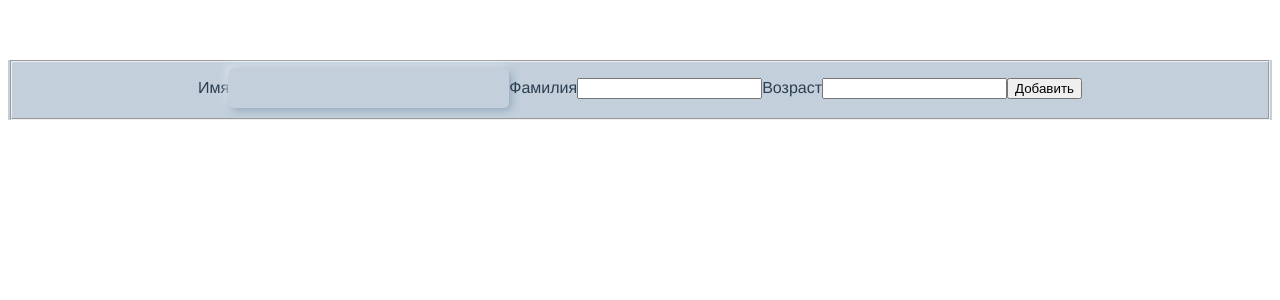
Repository: shum89/test-vue-table
Page: /
An editor plug-in stored every save of this project. The page is shown before and after the next save, followed by the edit.
The browser window is 1280 px wide. The pictures show the whole page.
The project was rebuilt for these pictures with package versions that can differ from the ones it lists, and the page was loaded fresh each time. Also part of the build but not shown: vue.config.js.

Above is the page before, as saved 2021-07-18 14:16:04.

After the next save:
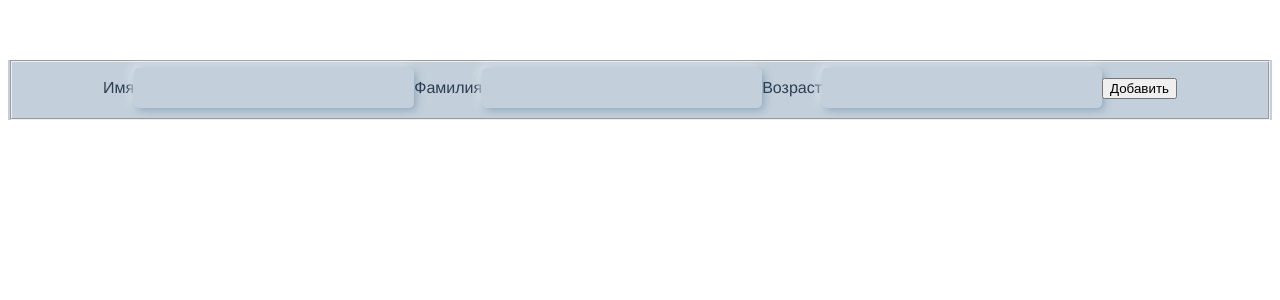
Saved 29 s later.
--- a/src/components/Form.vue
+++ b/src/components/Form.vue
@@ -8,11 +8,11 @@
 
       <label for="lastName">
         <span>Фамилия</span>
-        <input v-model="person.lastName" type="text" id="lastName" />
+        <input class="form__input" v-model="person.lastName" type="text" id="lastName" />
       </label>
       <label for="age">
         <span>Возраст</span>
-        <input v-model="person.age" type="number" id="age" />
+        <input class="form__input" v-model="person.age" type="number" id="age" />
       </label>
       <button type="submit">Добавить</button>
     </fieldset>
